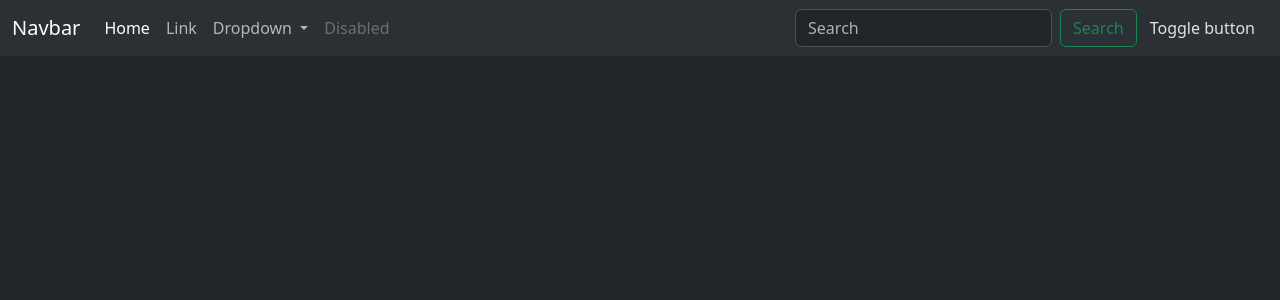
Repository: VictoriousMango/Archive
Page: index.html
An editor plug-in stored every save of this project. The page is shown before and after the next save, followed by the edit.
The browser window is 1280 px wide. The pictures show the whole page.

Above is the page before, as saved 2024-06-05 22:46:30.

After the next save:
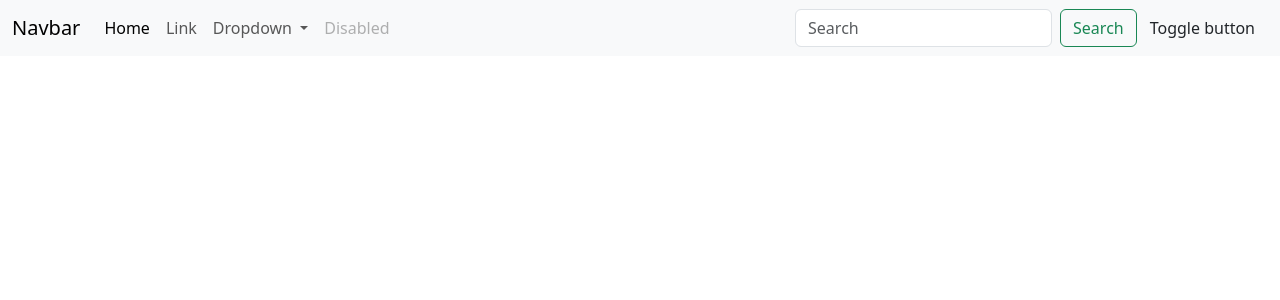
Saved 10 s later.
--- a/index.html
+++ b/index.html
@@ -6,7 +6,7 @@
         <title>Bootstrap demo</title>
         <link href="https://cdn.jsdelivr.net/npm/bootstrap@5.3.3/dist/css/bootstrap.min.css" rel="stylesheet" integrity="sha384-QWTKZyjpPEjISv5WaRU9OFeRpok6YctnYmDr5pNlyT2bRjXh0JMhjY6hW+ALEwIH" crossorigin="anonymous">
     </head>
-    <body data-bs-theme="dark">
+    <body data-bs-theme="">
         <!-- NavBar -->
         <nav class="navbar navbar-expand-lg bg-body-tertiary">
             <div class="container-fluid">

After the save that followed:
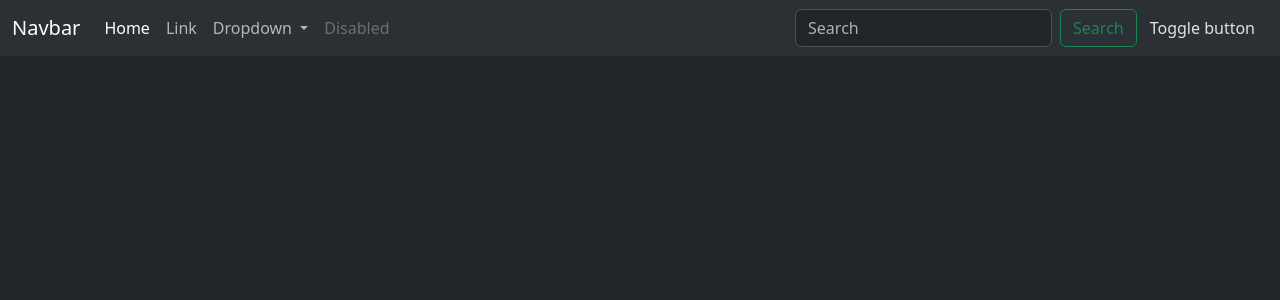
Saved 11 s later.
--- a/index.html
+++ b/index.html
@@ -6,7 +6,7 @@
         <title>Bootstrap demo</title>
         <link href="https://cdn.jsdelivr.net/npm/bootstrap@5.3.3/dist/css/bootstrap.min.css" rel="stylesheet" integrity="sha384-QWTKZyjpPEjISv5WaRU9OFeRpok6YctnYmDr5pNlyT2bRjXh0JMhjY6hW+ALEwIH" crossorigin="anonymous">
     </head>
-    <body data-bs-theme="">
+    <body data-bs-theme="dark">
         <!-- NavBar -->
         <nav class="navbar navbar-expand-lg bg-body-tertiary">
             <div class="container-fluid">
